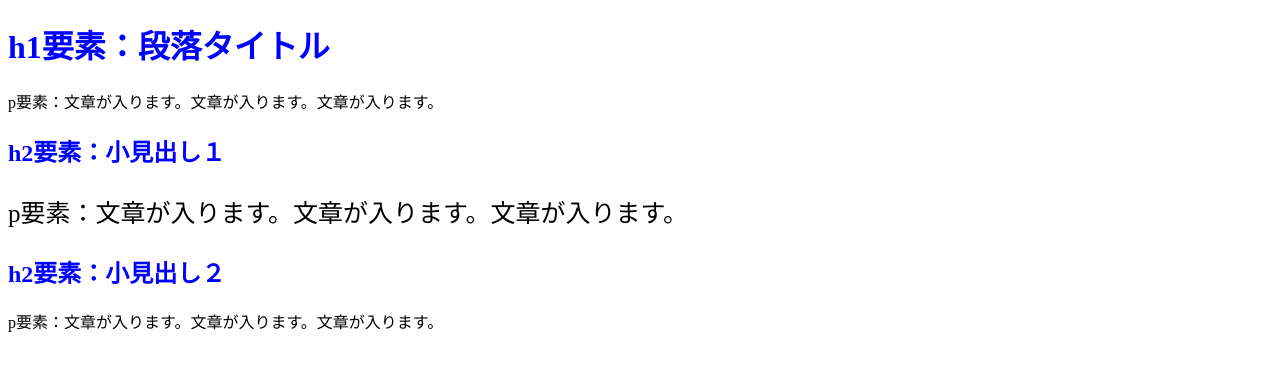
Repository: komikomi650/samurai_HTML-CSS
Page: samurai1/index.html
The author's editor kept a record of every edit. The page is drawn from the files as they stood at one moment, then again after the next edit.
The browser window is 1280 px wide. The pictures show the whole page.

Above is the page before.

After the next edit:
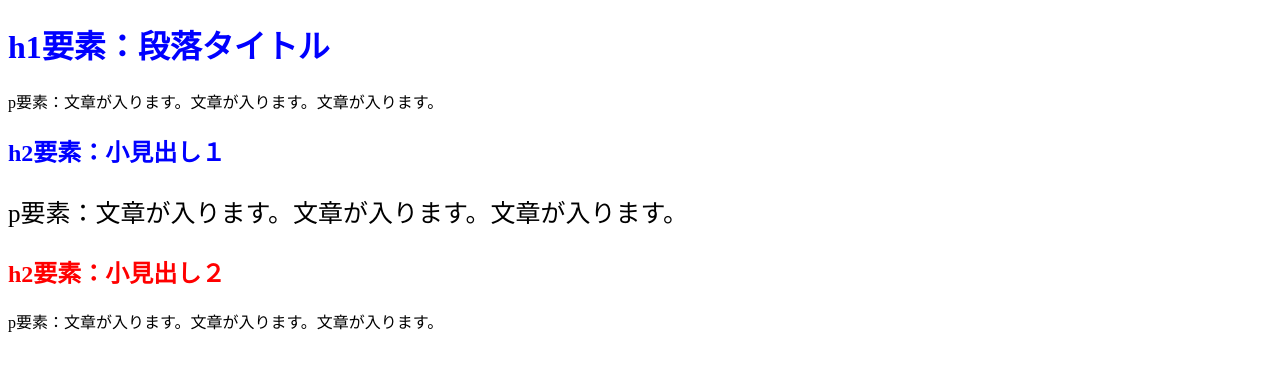
The edit:
--- a/samurai1/index.html
+++ b/samurai1/index.html
@@ -19,7 +19,7 @@
     <p>p要素：文章が入ります。文章が入ります。文章が入ります。</p>
     <h2 class="blue">h2要素：小見出し１</h2>
     <p class="fs-25">p要素：文章が入ります。文章が入ります。文章が入ります。</p>
-    <h2 class="blue">h2要素：小見出し２</h2>
+    <h2 class="red">h2要素：小見出し２</h2>
     <p style="fw-bold;">p要素：文章が入ります。文章が入ります。文章が入ります。</p>
 </body>
 </html>
